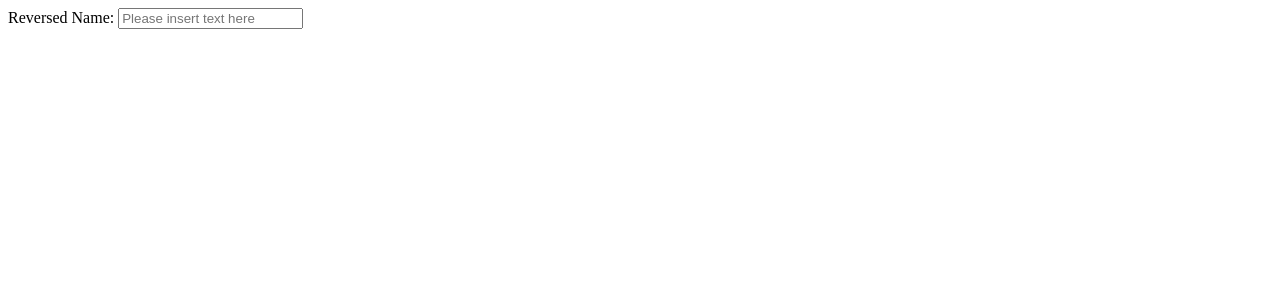
Repository: Micheal11/ReverseStringAssignment
Page: src/MyWidget/widget/template/MyWidget.html
The author's editor kept a copy of each file at every save. The page is drawn from the files as they stood at one save, then again after the next save.
The browser window is 1280 px wide. The pictures show the whole page.

Above is the page before, as saved 2017-07-18 13:18:31.

After the next save:
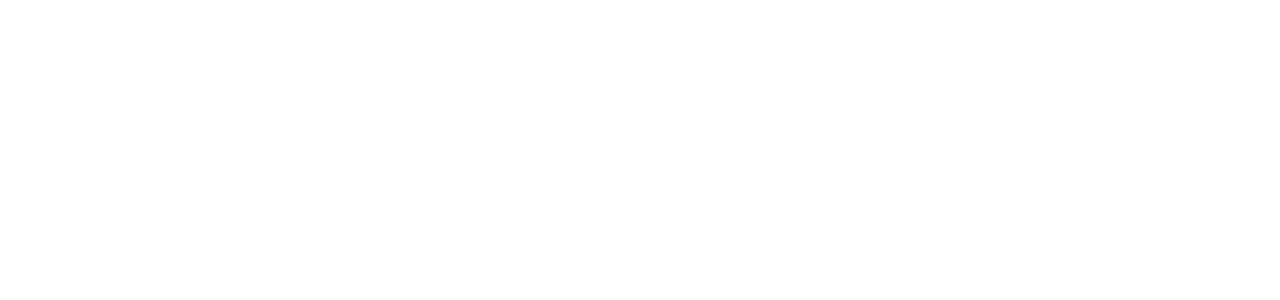
Saved 99 s later.
--- a/src/MyWidget/widget/template/MyWidget.html
+++ b/src/MyWidget/widget/template/MyWidget.html
@@ -15,7 +15,8 @@
 
             </form>-->
         <div class = form group>
-            Reversed Name: <input type = "text" class="form-control" placeholder="Please insert text here" data-dojo-attach-point="messageAttribute"
+       <!--     Reversed Name: <input type = "text" class="form-control" placeholder="Please insert text here" data-dojo-attach-point="messageAttribute">-->
+
         </div>
 
         </div>

After the save that followed:
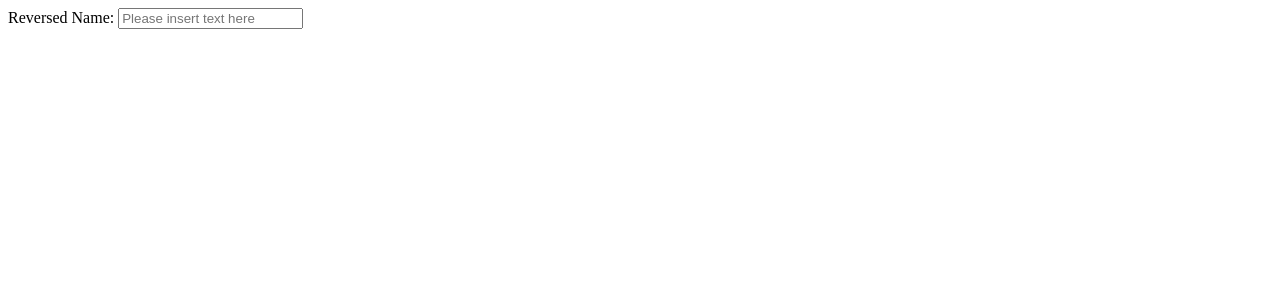
Saved 13 min 25 s later.
--- a/src/MyWidget/widget/template/MyWidget.html
+++ b/src/MyWidget/widget/template/MyWidget.html
@@ -2,24 +2,9 @@
     <form>
         <div class="input-group" data-dojo-attach-point="inputNodes">
         </div>
-        <div>
-            <!--  <b>Dropdown: </b>
-            <select class="widgetname-reverseText" data-dojo-attach-point="dropDown">
-                    <option value="volvo">Volvo</option>
-                    <option value="saab">Saab</option>
-                    <option value="mercedes">Mercedes</option>
-                    <option value="audi">Audi</option>
-                </select>-->
-           <!-- <form action="/action_page.php" method="get">
-                Reversed Name: <input type="text" name="fname"><br>
-
-            </form>-->
         <div class = form group>
-       <!--     Reversed Name: <input type = "text" class="form-control" placeholder="Please insert text here" data-dojo-attach-point="messageAttribute">-->
-
-        </div>
-
-        </div>
+           Reversed Name: <input type = "text" class="form-control" placeholder="Please insert text here" data-dojo-attach-point="messageAttribute"
+       </div>
     </form>
     <div class="widgetname-reverseText" data-dojo-attach-point="reverseText" />
 </div>
